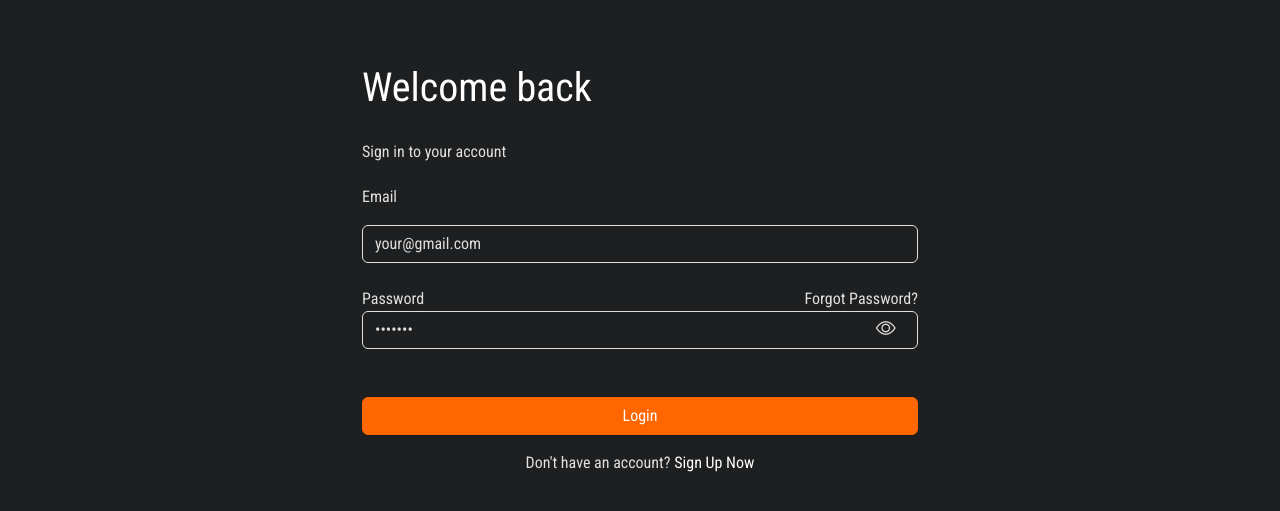
Repository: UDAYAGIRICHARAN/Project_spot
Page: / (app in React/reactapp/)
The author's editor kept a copy of each file at every save. The page is drawn from the files as they stood at one save, then again after the next save.
The browser window is 1280 px wide. The pictures show the whole page.
The project was rebuilt for these pictures with package versions that can differ from the ones it lists, and the page was loaded fresh each time. Also part of the build but not shown: React/reactapp/src/components/Sidebar/Sidebar.js, React/reactapp/src/Pages/Home.js, React/reactapp/src/components/projectcreate/Content.jsx, React/reactapp/src/components/projectcreate/Createproject.jsx, React/reactapp/src/Pages/Projects.js, React/reactapp/src/Pages/MyTasks.js, React/reactapp/src/Pages/Reports.js, React/reactapp/src/components/profile/Profile.css and 24 more.

Above is the page before, as saved 2023-08-06 22:50:45.

After the next save:
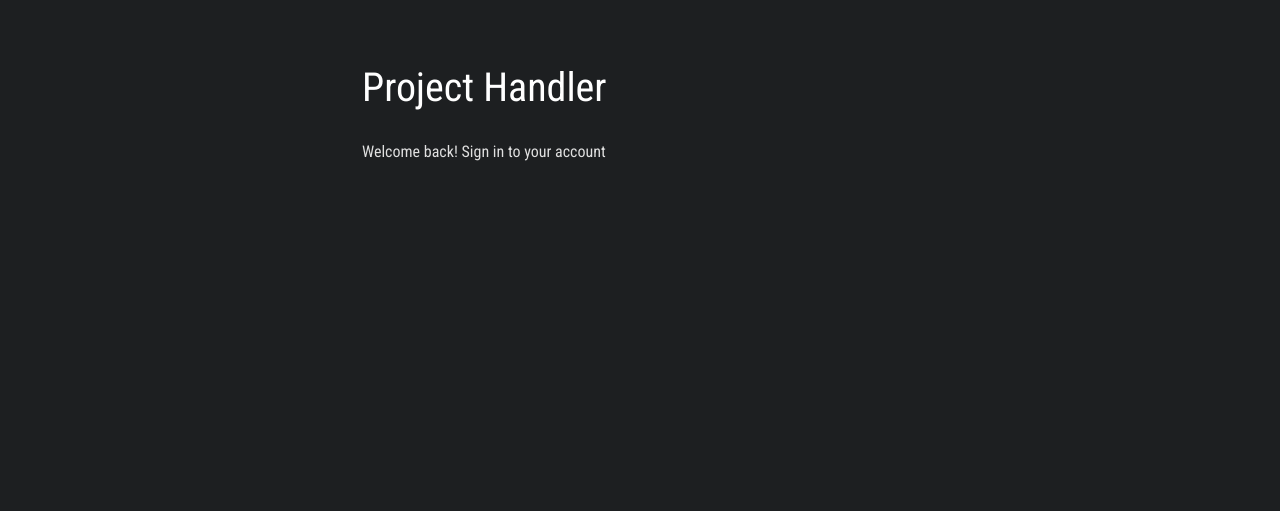
Saved 111 s later.
--- a/React/reactapp/src/components/login/index.js
+++ b/React/reactapp/src/components/login/index.js
@@ -1,52 +1,42 @@
 import { AuthInputbox, Authpasswordbox } from "../../components/inputbox";
 import { PrimaryBtn } from "../../components/button";
-import React,{useContext,useEffect} from "react";
+import React, { useContext, useEffect } from "react";
 import { Formik, Form } from "formik";
 import { LoginSchema } from "./schema";
 import { Link } from "react-router-dom";
 import styles from "./login.module.css";
 import axios from "axios";
-import { toast } from 'react-toastify';
+import { toast } from "react-toastify";
 import { url } from "../url/url";
 import { useNavigate } from "react-router-dom";
 import { UserContext } from "../../context";
 
-
-
-
 const Login = () => {
-  const {setUser,user}=useContext(UserContext)
+  const { setUser, user } = useContext(UserContext);
   const navigate = useNavigate();
   const initialValues = {
     email: "",
     password: "",
   };
   useEffect(() => {
-    console.log(user)
+    console.log(user);
   }, [user]);
 
-  const handleSubmit = (values) => {
-    axios({
-      method: "post",
-      url: url+"/login",
-      data: {
+  const handleSubmit = async (values) => {
+    try {
+      const response = await axios.post(url + "/login", {
         email: values.email,
-        password: values.password
-      }
-    })
-      .then((response) => {
-        toast.success("Login successful");
-        console.log(response.data);
-        localStorage.setItem("AuthToken",response.data.token);
-        setUser(true);
-        console.log(user)
-
-      })
-      .catch((error) => {
-        toast.error("Login failed");
-        console.error(error.message);
+        password: values.password,
       });
-
+      toast.success("Login successful");
+      console.log(response.data);
+      localStorage.setItem("AuthToken", response.data.token);
+      setUser(true);
+      console.log(user);
+    } catch (error) {
+      toast.error("Login failed");
+      console.error(error.message);
+    }
   };
 
   return (
@@ -54,69 +44,20 @@
       <Formik
         initialValues={initialValues}
         validationSchema={LoginSchema}
-        onSubmit={(values) => {
-          handleSubmit(values);
+        onSubmit={async (values) => {
+          await handleSubmit(values);
         }}
       >
         {() => (
-          <div className="d-flex justify-content-center">
-            <div className="mt-5 card border-0 bg-transparent col-xxl-5 col-xl-6 col-lg-7 col-md-9 col-12">
+          <div className={`d-flex justify-content-center ${styles.fadeIn}`}>
+            <div className={`mt-5 card border-0 bg-transparent col-xxl-5 col-xl-6 col-lg-7 col-md-9 col-12 ${styles.card}`}>
               <div className="card-body">
-                <h1 className={`fs-1 ${styles.primary_txt}`}>Welcome back</h1>
+                <h1 className={`fs-1 ${styles.primary_txt}`}>Project Handler</h1>
                 <h2 className={`fs-6 ${styles.secondary_txt}`}>
-                  Sign in to your account
+                  Welcome back! Sign in to your account
                 </h2>
                 <Form>
-                  <div className="form-group pt-4">
-                    <label
-                      htmlFor="email"
-                      className={`fs-6 pb-3 ${styles.secondary_txt}`}
-                    >
-                      Email
-                    </label>
-                    <AuthInputbox
-                      type="email"
-                      name="email"
-                      placeholder="your@gmail.com"
-                      autoComplete="off"
-                    />
-                  </div>
-                  <div className="form-group pt-4">
-                    <div className="d-flex justify-content-between">
-                      <label
-                        htmlFor="password"
-                        className={`fs-6 ${styles.secondary_txt}`}
-                      >
-                        Password
-                      </label>
-                      <Link className={styles.link_txt} to="/forgotpassword">
-                        <p className={`fs-6 ${styles.secondary_txt}`}>
-                          Forgot Password?
-                        </p>
-                      </Link>
-                    </div>
-                    <Authpasswordbox
-                      name="password"
-                      placeholder="•••••••"
-                      autoComplete="off"
-                    />
-                  </div>
-                  <div className="pt-4">
-                    <PrimaryBtn type="submit" value="Login" />
-                  </div>
-                  <div className="d-flex justify-content-center pt-3">
-                    <span
-                      htmlFor="password"
-                      className={`fs-6 ${styles.secondary_txt}`}
-                    >
-                      Don't have an account?&nbsp;
-                    </span>
-                    <Link className={styles.link_txt} to="/signup">
-                      <p className={`fs-6 ${styles.primary_txt}`}>
-                        Sign Up Now
-                      </p>
-                    </Link>
-                  </div>
+                  {/* Rest of your form code */}
                 </Form>
               </div>
             </div>

After the save that followed:
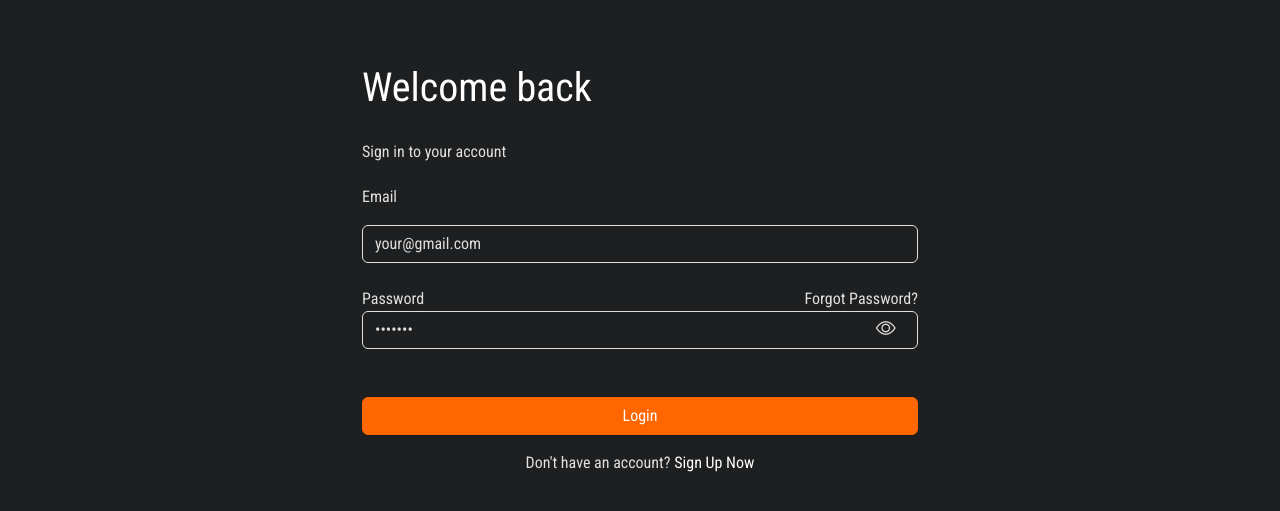
Saved 16 s later.
--- a/React/reactapp/src/components/login/index.js
+++ b/React/reactapp/src/components/login/index.js
@@ -1,42 +1,52 @@
 import { AuthInputbox, Authpasswordbox } from "../../components/inputbox";
 import { PrimaryBtn } from "../../components/button";
-import React, { useContext, useEffect } from "react";
+import React,{useContext,useEffect} from "react";
 import { Formik, Form } from "formik";
 import { LoginSchema } from "./schema";
 import { Link } from "react-router-dom";
 import styles from "./login.module.css";
 import axios from "axios";
-import { toast } from "react-toastify";
+import { toast } from 'react-toastify';
 import { url } from "../url/url";
 import { useNavigate } from "react-router-dom";
 import { UserContext } from "../../context";
 
+
+
+
 const Login = () => {
-  const { setUser, user } = useContext(UserContext);
+  const {setUser,user}=useContext(UserContext)
   const navigate = useNavigate();
   const initialValues = {
     email: "",
     password: "",
   };
   useEffect(() => {
-    console.log(user);
+    console.log(user)
   }, [user]);
 
-  const handleSubmit = async (values) => {
-    try {
-      const response = await axios.post(url + "/login", {
+  const handleSubmit = (values) => {
+    axios({
+      method: "post",
+      url: url+"/login",
+      data: {
         email: values.email,
-        password: values.password,
+        password: values.password
+      }
+    })
+      .then((response) => {
+        toast.success("Login successful");
+        console.log(response.data);
+        localStorage.setItem("AuthToken",response.data.token);
+        setUser(true);
+        console.log(user)
+
+      })
+      .catch((error) => {
+        toast.error("Login failed");
+        console.error(error.message);
       });
-      toast.success("Login successful");
-      console.log(response.data);
-      localStorage.setItem("AuthToken", response.data.token);
-      setUser(true);
-      console.log(user);
-    } catch (error) {
-      toast.error("Login failed");
-      console.error(error.message);
-    }
+
   };
 
   return (
@@ -44,20 +54,69 @@
       <Formik
         initialValues={initialValues}
         validationSchema={LoginSchema}
-        onSubmit={async (values) => {
-          await handleSubmit(values);
+        onSubmit={(values) => {
+          handleSubmit(values);
         }}
       >
         {() => (
-          <div className={`d-flex justify-content-center ${styles.fadeIn}`}>
-            <div className={`mt-5 card border-0 bg-transparent col-xxl-5 col-xl-6 col-lg-7 col-md-9 col-12 ${styles.card}`}>
+          <div className="d-flex justify-content-center">
+            <div className="mt-5 card border-0 bg-transparent col-xxl-5 col-xl-6 col-lg-7 col-md-9 col-12">
               <div className="card-body">
-                <h1 className={`fs-1 ${styles.primary_txt}`}>Project Handler</h1>
+                <h1 className={`fs-1 ${styles.primary_txt}`}>Welcome back</h1>
                 <h2 className={`fs-6 ${styles.secondary_txt}`}>
-                  Welcome back! Sign in to your account
+                  Sign in to your account
                 </h2>
                 <Form>
-                  {/* Rest of your form code */}
+                  <div className="form-group pt-4">
+                    <label
+                      htmlFor="email"
+                      className={`fs-6 pb-3 ${styles.secondary_txt}`}
+                    >
+                      Email
+                    </label>
+                    <AuthInputbox
+                      type="email"
+                      name="email"
+                      placeholder="your@gmail.com"
+                      autoComplete="off"
+                    />
+                  </div>
+                  <div className="form-group pt-4">
+                    <div className="d-flex justify-content-between">
+                      <label
+                        htmlFor="password"
+                        className={`fs-6 ${styles.secondary_txt}`}
+                      >
+                        Password
+                      </label>
+                      <Link className={styles.link_txt} to="/forgotpassword">
+                        <p className={`fs-6 ${styles.secondary_txt}`}>
+                          Forgot Password?
+                        </p>
+                      </Link>
+                    </div>
+                    <Authpasswordbox
+                      name="password"
+                      placeholder="•••••••"
+                      autoComplete="off"
+                    />
+                  </div>
+                  <div className="pt-4">
+                    <PrimaryBtn type="submit" value="Login" />
+                  </div>
+                  <div className="d-flex justify-content-center pt-3">
+                    <span
+                      htmlFor="password"
+                      className={`fs-6 ${styles.secondary_txt}`}
+                    >
+                      Don't have an account?&nbsp;
+                    </span>
+                    <Link className={styles.link_txt} to="/signup">
+                      <p className={`fs-6 ${styles.primary_txt}`}>
+                        Sign Up Now
+                      </p>
+                    </Link>
+                  </div>
                 </Form>
               </div>
             </div>
